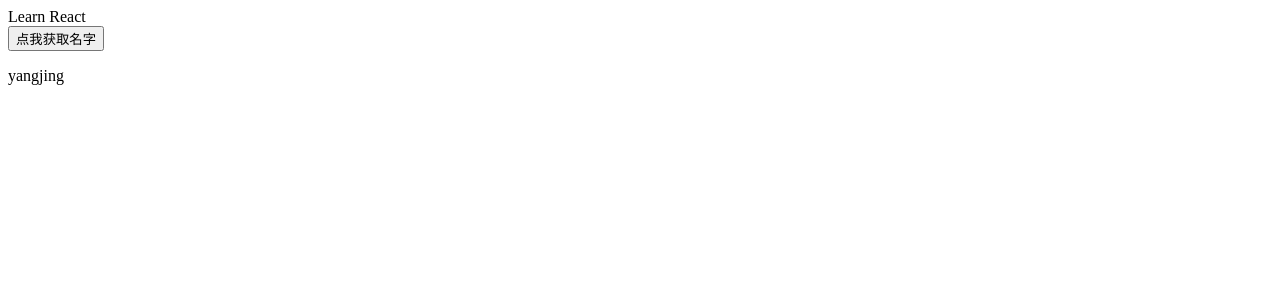
Repository: Melody-yangjing/study-react
Page: /
The author's editor kept a copy of each file at every save. The page is drawn from the files as they stood at one save, then again after the next save.
The browser window is 1280 px wide. The pictures show the whole page.
The project was rebuilt for these pictures with package versions that can differ from the ones it lists, and the page was loaded fresh each time.

Above is the page before, as saved 2020-07-14 16:25:05.

After the next save:
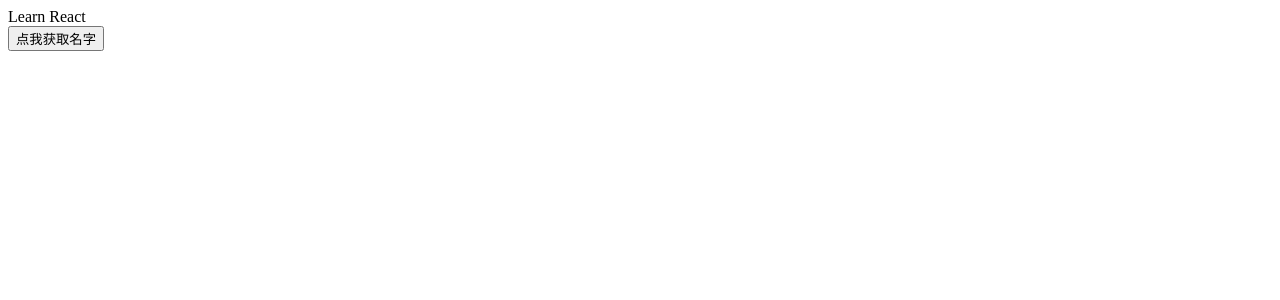
Saved 38 s later.
--- a/src/App.js
+++ b/src/App.js
@@ -20,7 +20,8 @@ class App extends React.Component {
 
 const mapStateToProps = (state /*, ownProps*/) => {
   return {
-    Aname: state.name
+    name: state.name,
+    aname:state.aname
   };
 };
 

After the save that followed:
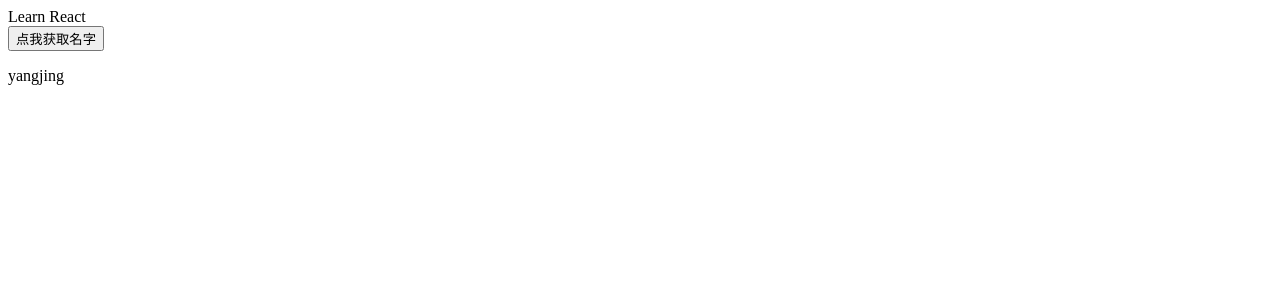
Saved 15 s later.
--- a/src/App.js
+++ b/src/App.js
@@ -12,7 +12,8 @@ class App extends React.Component {
           console.log(this.props)
           this.props.getAname()
         }}>点我获取名字</button>
-        <p>{this.props.Aname}</p>
+        <p>{this.props.name}</p>
+        <p>{this.props.aname}</p>
       </div>
     );
   }
